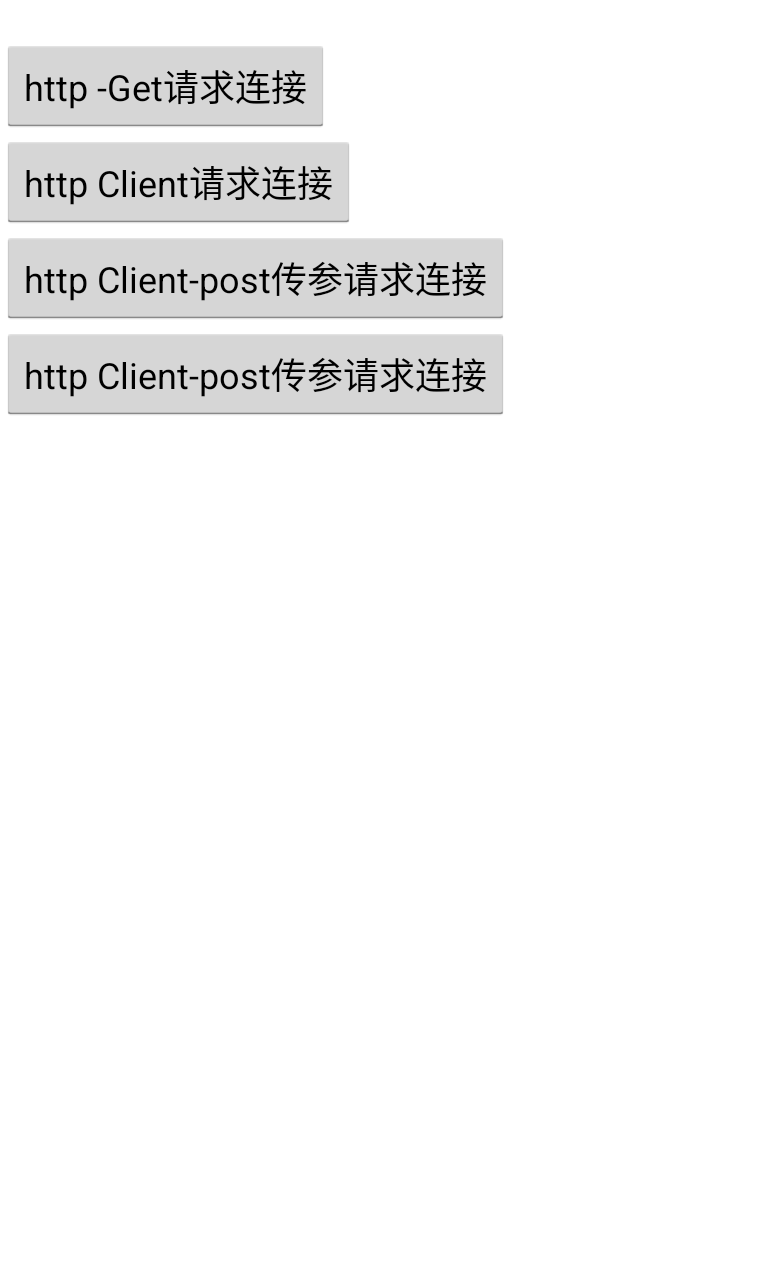
Repository: Lei13/Android
Layout: androidframe/res/layout/http_connect_activity_layout.xml
An editor plug-in stored every save of this project. The layout is shown before and after the next save, followed by the edit.
It is drawn on a 768 x 1280 px phone screen (xhdpi) without system bars, with theme AppTheme; the app's code is not run.

Above is the layout before, as saved 2015-11-19 06:06:14.

### androidframe/res/layout/http_connect_activity_layout.xml
<?xml version="1.0" encoding="utf-8"?>
<LinearLayout xmlns:android="http://schemas.android.com/apk/res/android"
    android:layout_width="match_parent"
    android:layout_height="match_parent"
    android:orientation="vertical" >
    <TextView
        android:id="@+id/http_show_txt"
        android:layout_width="wrap_content"
        android:layout_height="wrap_content"/>
    <Button
        android:id="@+id/http_request_btn"
        android:layout_width="wrap_content"
        android:layout_height="wrap_content"
        android:text="http -Get请求连接"/>

    <Button
        android:id="@+id/http_client_btn"
        android:layout_width="wrap_content"
        android:layout_height="wrap_content"
        android:text="http Client请求连接"/>
    <Button
        android:id="@+id/http_client_post_btn"
        android:layout_width="wrap_content"
        android:layout_height="wrap_content"
        android:text="http Client-post传参请求连接"/>
    <Button
        android:id="@+id/http_util_post_btn"
        android:layout_width="wrap_content"
        android:layout_height="wrap_content"
        android:text="http Client-post传参请求连接"/>


</LinearLayout>

### androidframe/res/values/styles.xml
<resources xmlns:android="http://schemas.android.com/apk/res/android">

    <!--
        Base application theme, dependent on API level. This theme is replaced
        by AppBaseTheme from res/values-vXX/styles.xml on newer devices.
    -->
    <style name="AppBaseTheme" parent="android:Theme.Light">
        <!--
            Theme customizations available in newer API levels can go in
            res/values-vXX/styles.xml, while customizations related to
            backward-compatibility can go here.
        -->
    </style>

    <!-- Application theme. -->
    <style name="AppTheme" parent="AppBaseTheme">
        <!-- All customizations that are NOT specific to a particular API-level can go here. -->
    </style>

    <style name="shape_style">
        <item name="android:layout_width">wrap_content</item>
        <item name="android:layout_height">wrap_content</item>
        <item name="android:textSize">18sp</item>
        <item name="android:padding">5dp</item>
        <item name="android:layout_marginTop">5dp</item>
        <item name="android:gravity">center</item>

    </style>
</resources>

Loaded but not shown: androidframe/res/values-v11/styles.xml (common file); androidframe/res/values-v14/styles.xml (common file)

After the next save:
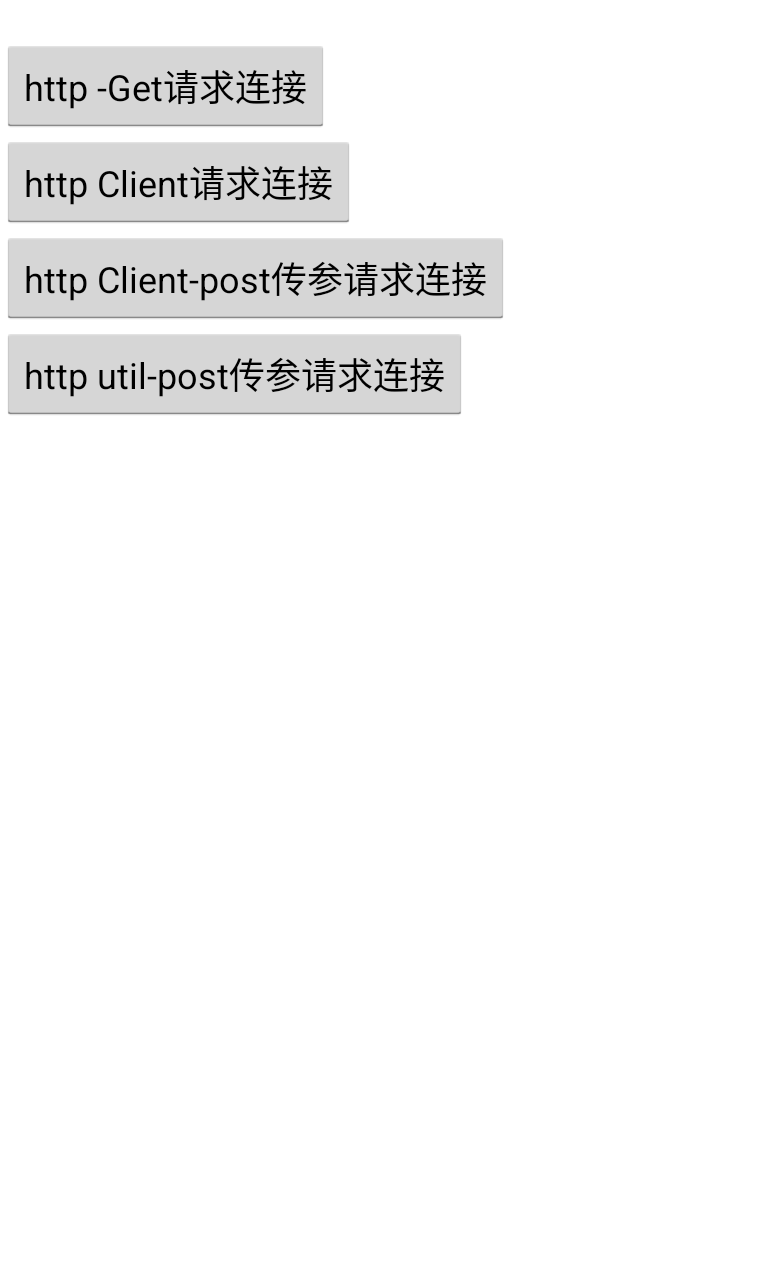
Saved 6 s later.
--- a/androidframe/res/layout/http_connect_activity_layout.xml
+++ b/androidframe/res/layout/http_connect_activity_layout.xml
@@ -27,7 +27,7 @@
         android:id="@+id/http_util_post_btn"
         android:layout_width="wrap_content"
         android:layout_height="wrap_content"
-        android:text="http Client-post传参请求连接"/>
+        android:text="http util-post传参请求连接"/>
 
 
 </LinearLayout>
